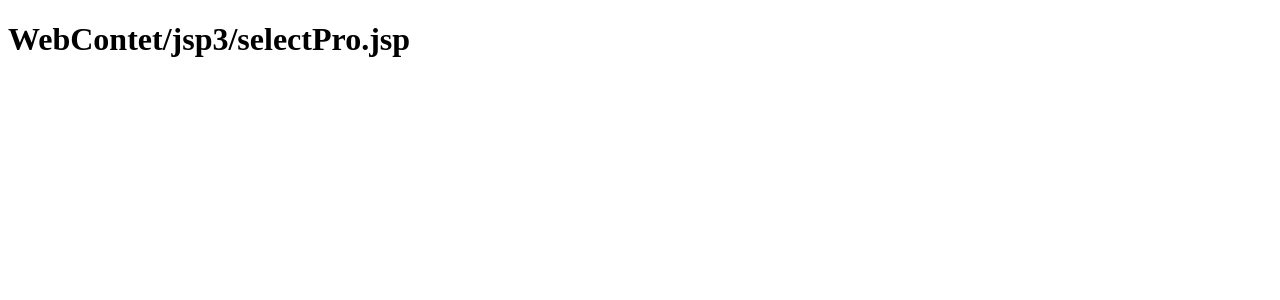
Repository: ReadStar/workspace_jsp
Page: http://localhost/StudyJSP/jsp3/selectPro.jsp
An editor plug-in stored every save of this project. The page is shown before and after the next save, followed by the edit.
The browser window is 1280 px wide. The pictures show the whole page.
The page is served by Tomcat 9. Other server files are loaded and not shown. Queries for data that is not in the repository find no rows.

Above is the page before, as saved 2020-08-25 02:22:01.

### StudyJSP/WebContent/jsp3/selectPro.jsp
<%@page import="java.sql.ResultSet" %>
<%@page import="com.mysql.cj.x.protobuf.MysqlxCrud.Column"%>
<%@page import="org.eclipse.jdt.internal.compiler.ast.WhileStatement"%>
<%@page import="java.sql.CallableStatement" %>
<%@page import="java.sql.PreparedStatement" %>
<%@page import="java.sql.Statement" %>
<%@page import="java.sql.Connection" %>
<%@page import="java.sql.DriverManager" %>
<%@ page language="java" contentType="text/html; charset=UTF-8"
    pageEncoding="UTF-8"%>
<!DOCTYPE html>
<html>
<head>
<meta charset="UTF-8">
<title>Insert title here</title>
</head>
<body>
<h1>WebContet/jsp3/selectPro.jsp</h1>
<%
request.setCharacterEncoding("utf-8");
Class.forName("com.mysql.jdbc.Driver");
String dbUrl="jdbc:mysql://localhost:3306/jspDB1?serverTimezone=UTC";
String dbUser="root";
String dbPass="63520321";
Connection con=DriverManager.getConnection(dbUrl, dbUser, dbPass);
String sql="select * from student";
PreparedStatement pstmt=con.prepareStatement(sql);
ResultSet rs=pstmt.executeQuery();
%>
</body>
</html>

After the next save:
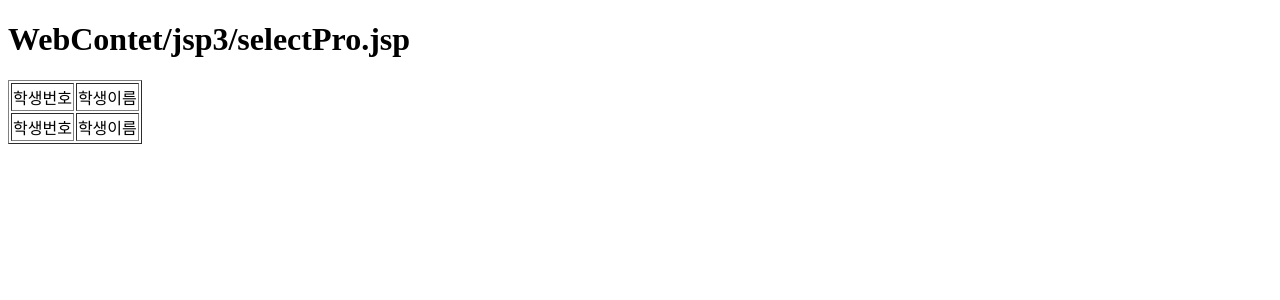
Saved 70 s later.
--- a/StudyJSP/WebContent/jsp3/selectPro.jsp
+++ b/StudyJSP/WebContent/jsp3/selectPro.jsp
@@ -27,5 +27,9 @@ String sql="select * from student";
 PreparedStatement pstmt=con.prepareStatement(sql);
 ResultSet rs=pstmt.executeQuery();
 %>
+<table border="1">
+<tr><td>학생번호</td><td>학생이름</td></tr>
+<tr><td>학생번호</td><td>학생이름</td></tr>
+</table>
 </body>
 </html>
